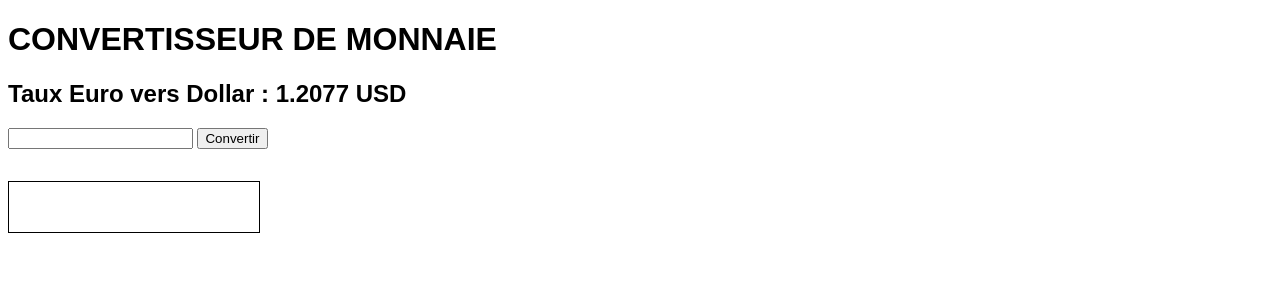
Repository: techmindconsulting/wordshiop-js
Page: index.html
The author's editor kept a copy of each file at every save. The page is drawn from the files as they stood at one save, then again after the next save.
The browser window is 1280 px wide. The pictures show the whole page.

Above is the page before, as saved 2021-01-17 13:07:02.

After the next save:
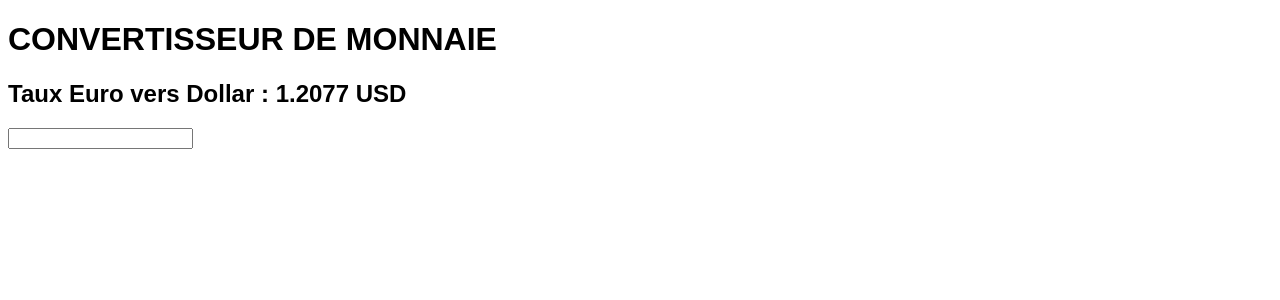
Saved 17 s later.
--- a/index.html
+++ b/index.html
@@ -21,7 +21,7 @@
     <h1>CONVERTISSEUR DE MONNAIE</h1>
     <h2>Taux Euro vers Dollar : 1.2077 USD</h2>
     <input type="text" id="amount" onchange="convertir()">
-    <input type="button" value="Convertir" onClick=convertir()>
+    <!-- <input type="button" value="Convertir" onClick=convertir()>
     <p id="resultat"></p>
 </body>
 </html>

After the 2 saves that followed:
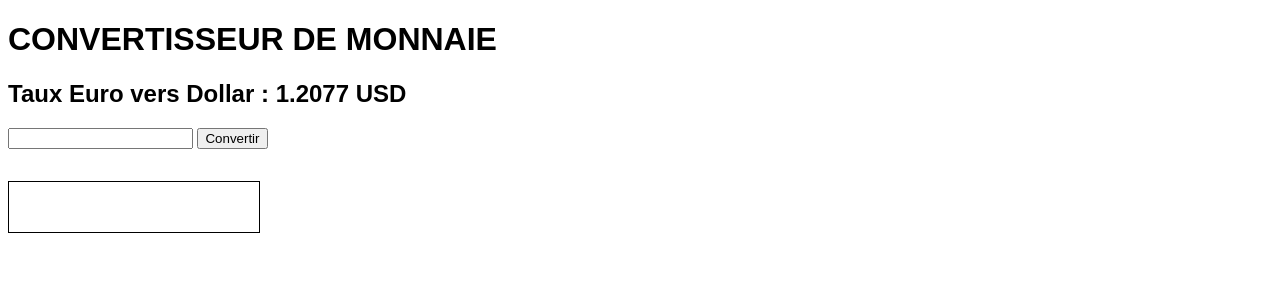
The 2 saves are shown as one change because 1 left the picture as it was.
The last was saved 13 s later.
--- a/index.html
+++ b/index.html
@@ -20,8 +20,8 @@
 <body>
     <h1>CONVERTISSEUR DE MONNAIE</h1>
     <h2>Taux Euro vers Dollar : 1.2077 USD</h2>
-    <input type="text" id="amount" onchange="convertir()">
-    <!-- <input type="button" value="Convertir" onClick=convertir()>
+    <input type="text" id="amount" >
+    <input type="button" value="Convertir" onClick=convertir()>
     <p id="resultat"></p>
 </body>
 </html>
